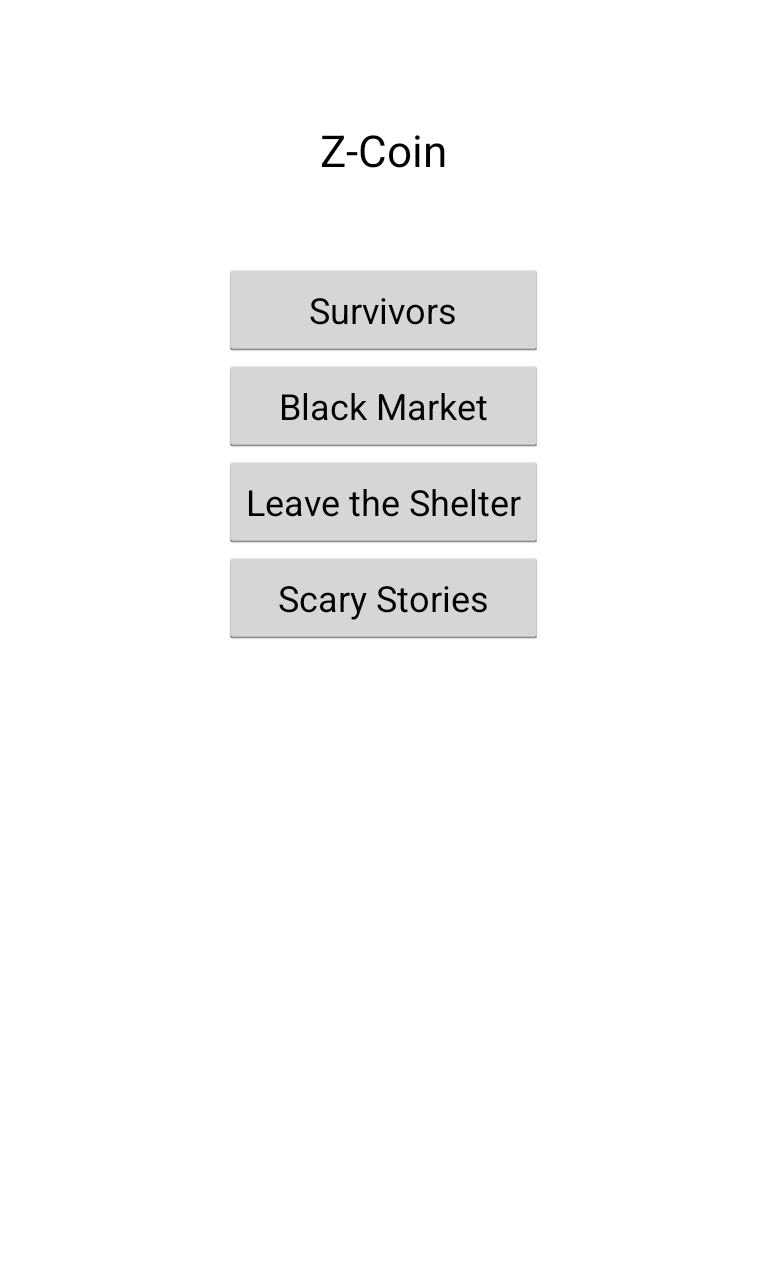
Repository: hekaiyue/Zombie-Coin
Layout: Android Workspace/ZCoins/res/layout/activity_main.xml
These files come from the project's save history. The layout is drawn as it stood at one moment and after the next save; the edit follows.
It is drawn on a 768 x 1280 px phone screen (xhdpi) without system bars, with theme AppTheme; the app's code is not run.

Above is the layout before, as saved 2014-02-01 13:11:25.

### Android Workspace/ZCoins/res/layout/activity_main.xml
<RelativeLayout xmlns:android="http://schemas.android.com/apk/res/android"
    xmlns:tools="http://schemas.android.com/tools"
    android:layout_width="match_parent"
    android:layout_height="match_parent"
    android:paddingBottom="@dimen/activity_vertical_margin"
    android:paddingLeft="@dimen/activity_horizontal_margin"
    android:paddingRight="@dimen/activity_horizontal_margin"
    android:paddingTop="@dimen/activity_vertical_margin"
    tools:context=".MainActivity" >

    <TextView
        android:id="@+id/textView1"
        android:layout_width="wrap_content"
        android:layout_height="wrap_content"
        android:layout_alignParentTop="true"
        android:layout_centerHorizontal="true"
        android:layout_marginTop="44dp"
        android:text="@string/app_name"
        android:textAppearance="?android:attr/textAppearanceLarge" />

    <LinearLayout

        android:layout_width="wrap_content"
        android:layout_height="wrap_content"
        android:layout_centerHorizontal="true"
        android:layout_marginBottom="17dp"
        android:layout_marginTop="115dp"
        android:orientation="vertical" >

        <Button
            android:id="@+id/button1"
            android:layout_width="fill_parent"
            android:layout_height="wrap_content"
            android:text="@string/friends_list" />

        <Button
            android:id="@+id/button2"
            android:layout_width="fill_parent"
            android:layout_height="wrap_content"
            android:text="@string/store" />

        <Button
            android:id="@+id/button3"
            android:layout_width="fill_parent"
            android:layout_height="wrap_content"
            android:onClick="mineZCoins"
            android:text="@string/mine" />

        <Button
            android:id="@+id/button4"
            android:layout_width="fill_parent"
            android:layout_height="wrap_content"
            android:text="@string/history" />

    </LinearLayout>

</RelativeLayout>

### Android Workspace/ZCoins/res/values/strings.xml
<?xml version="1.0" encoding="utf-8"?>
<resources>

    <string name="app_name">Z-Coin</string>
    <string name="action_settings">Settings</string>
    <string name="hello_world">Hello world!</string>
    <string name="store">Black Market</string>
    <string name="friends_list">Survivors</string>
    <string name="history">Scary Stories</string>
    <string name="mine">Leave the Shelter</string>
    <string name="title_activity_mine">The Outside World</string>
    <string name="timer">How Long</string>
    <string name="get_started">To get started, log in using Facebook</string>
    <string name="title_activity_friends_list">Survivors</string>
    <string name="edit_message">andrew id</string>

</resources>

Loaded but not shown: Android Workspace/ZCoins/res/values/styles.xml (common file); Android Workspace/ZCoins/res/values-v11/styles.xml (common file); Android Workspace/ZCoins/res/values-v14/styles.xml (common file); Android Workspace/ZCoins/res/values/dimens.xml (common file)

After the next save:
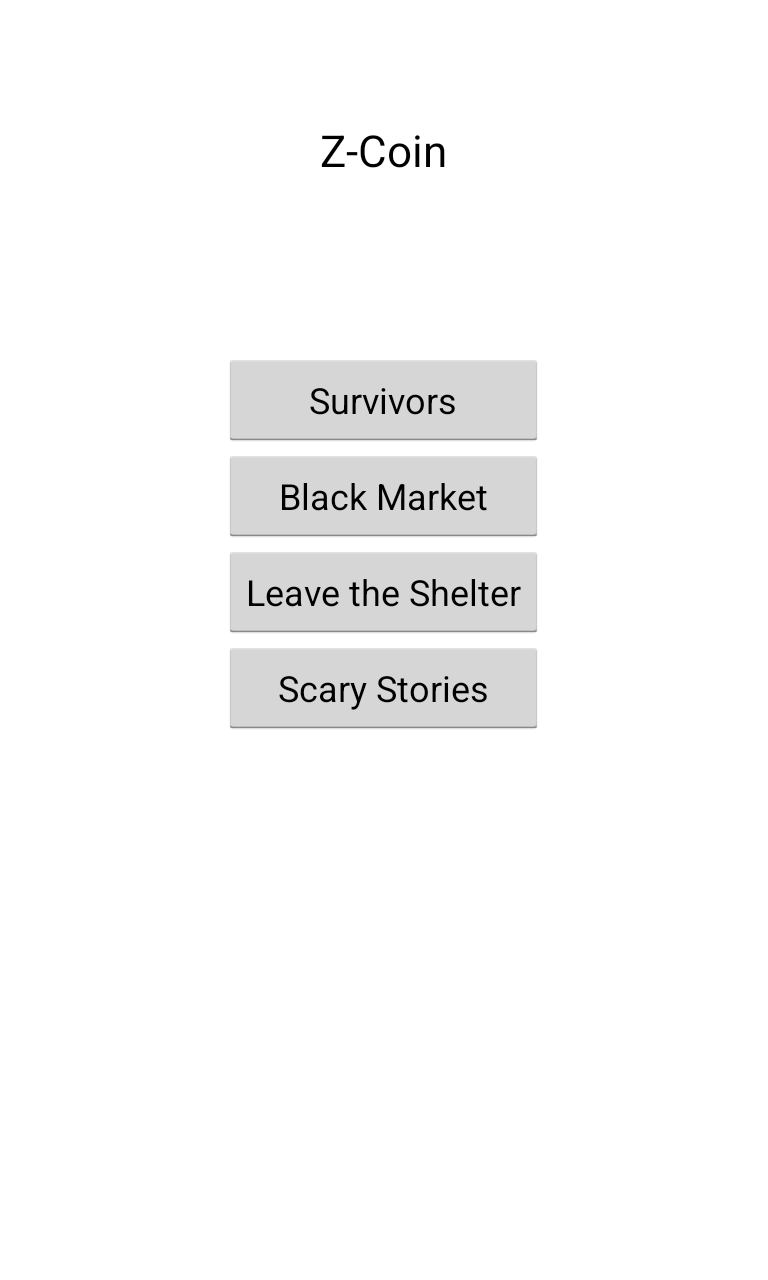
Saved 56 s later.
--- a/Android Workspace/ZCoins/res/layout/activity_main.xml
+++ b/Android Workspace/ZCoins/res/layout/activity_main.xml
@@ -19,12 +19,11 @@
         android:textAppearance="?android:attr/textAppearanceLarge" />
 
     <LinearLayout
-
         android:layout_width="wrap_content"
         android:layout_height="wrap_content"
         android:layout_centerHorizontal="true"
         android:layout_marginBottom="17dp"
-        android:layout_marginTop="115dp"
+        android:layout_marginTop="160dp"
         android:orientation="vertical" >
 
         <Button
